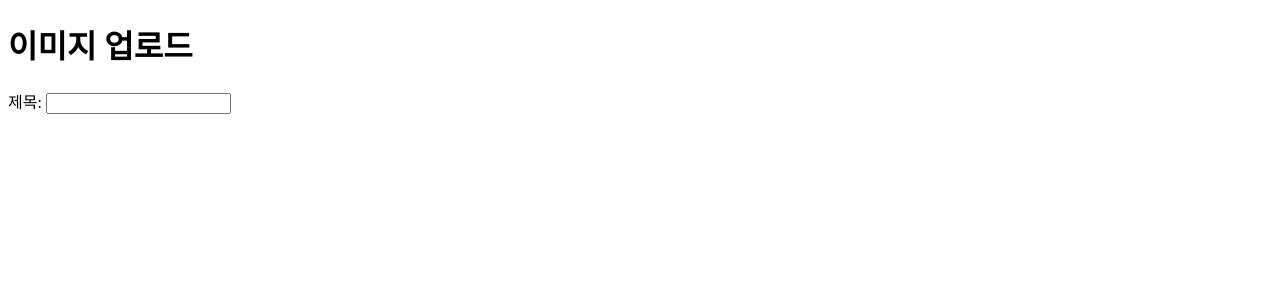
Repository: ExiNni/Travel-Project
Page: http://localhost/image/upload.jsp
An editor plug-in stored every save of this project. The page is shown before and after a run of saves, followed by the edit.
The browser window is 1280 px wide. The pictures show the whole page.
The page is served by Tomcat 9.

Above is the page before, as saved 2023-11-10 00:16:50.

### image/src/main/webapp/upload.jsp
<%@ page language="java" contentType="text/html; charset=EUC-KR"
    pageEncoding="EUC-KR"%>
<!DOCTYPE html>
<html>
<head>
<meta charset="EUC-KR">
<title>이미지 업로드</title>
</head>
<body>
<h1>이미지 업로드</h1>
<form action="">
	<label for="title">제목: </label>
	<input type="text" name="title" id="title" required><br>
</form>
</body>
</html>

After the next 2 saves:
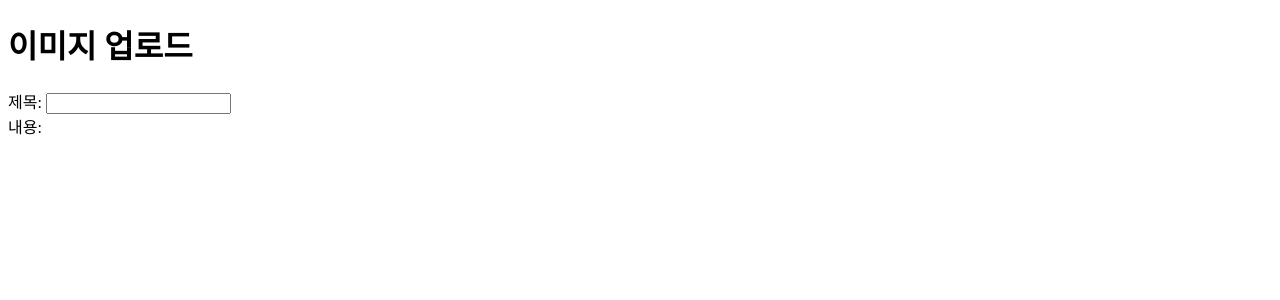
The 2 saves are shown as one change because they came seconds apart.
The last was saved 19 s later.
--- a/image/src/main/webapp/upload.jsp
+++ b/image/src/main/webapp/upload.jsp
@@ -11,6 +11,7 @@
 <form action="">
 	<label for="title">제목: </label>
 	<input type="text" name="title" id="title" required><br>
+	<label>내용: </label>
 </form>
 </body>
 </html>
